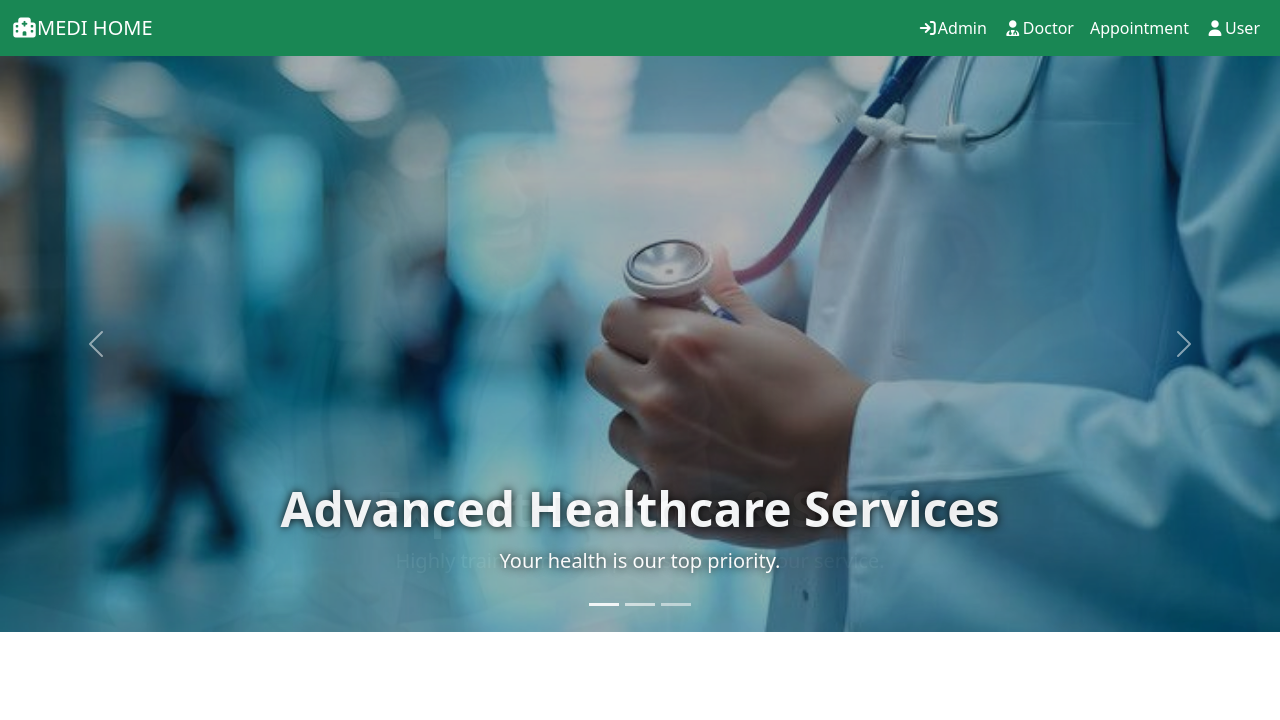
Repository: Anikett-777/app-auth
Page: http://localhost/Hospital_management_System_02/
These files come from the project's save history. The page is drawn as it stood at one moment and after the next save; the edit follows.
The browser window is 1280 px wide. The pictures show the whole page.
Some web libraries are served in a nearby version. The page is served by Tomcat 9.

Above is the page before, as saved 2025-12-03 11:28:37.

After the next save:
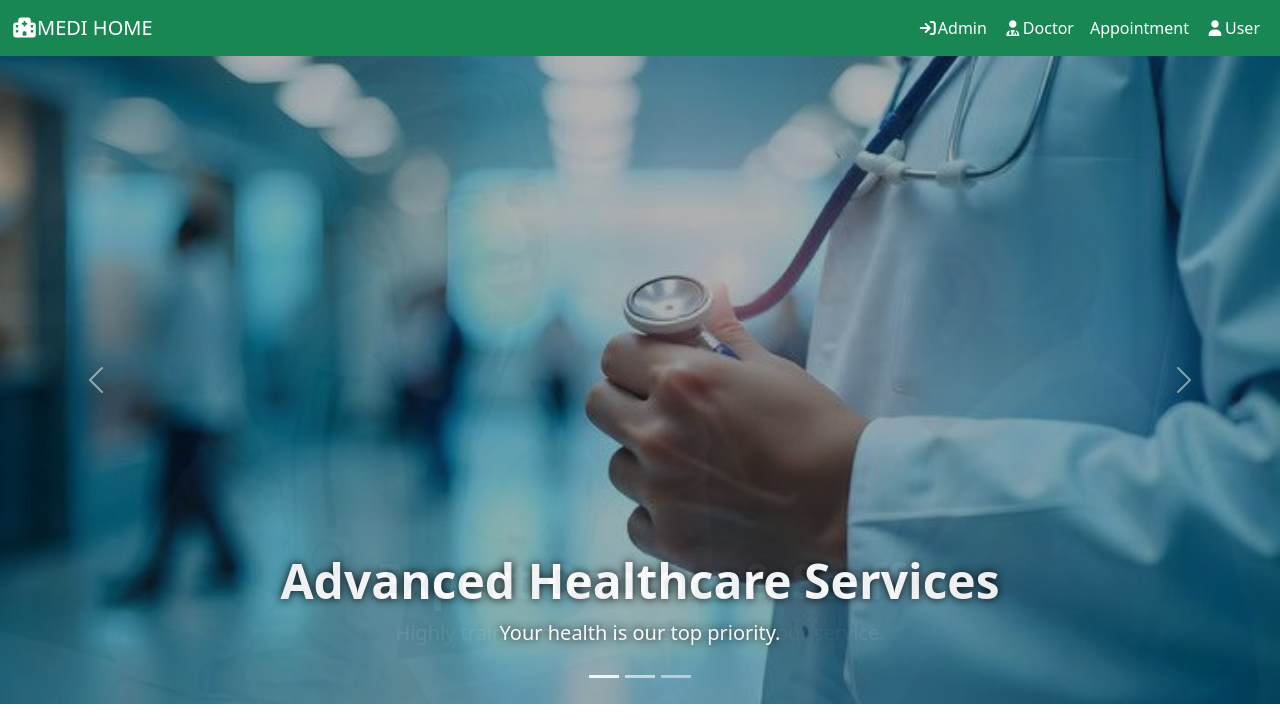
Saved 32 s later.
--- a/Hospital_management_System_02/src/main/webapp/index.jsp
+++ b/Hospital_management_System_02/src/main/webapp/index.jsp
@@ -10,7 +10,7 @@
 <style>
 
 .carousel-item img {
-  height: 80vh;
+  height: 90vh;
   object-fit: cover;
   filter: brightness(70%);
   background-size:;
